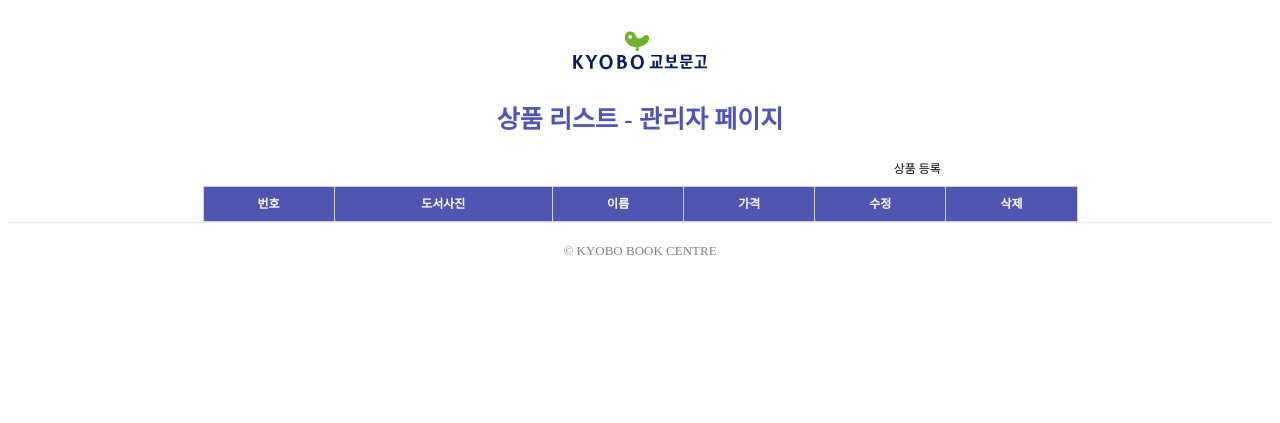
Repository: Yundanbi/Kyobo
Page: http://localhost/kyobo/productList.do
The author's editor kept a copy of each file at every save. The page is drawn from the files as they stood at one save, then again after the next save.
The browser window is 1280 px wide. The pictures show the whole page.
The page is served by Tomcat 9. Queries for data that is not in the repository find no rows.

Above is the page before, as saved 2025-06-18 05:40:14.

After the next save:
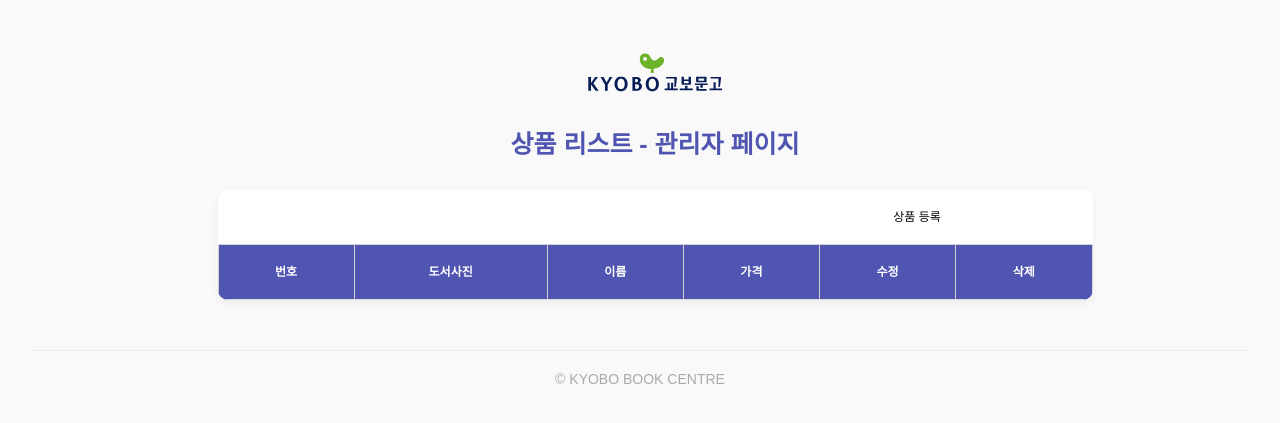
Saved 3 min 47 s later.
--- a/kyobo/src/main/webapp/book/productList.jsp
+++ b/kyobo/src/main/webapp/book/productList.jsp
@@ -7,6 +7,64 @@
 <meta charset="UTF-8">
 <title>책 관리</title>
 <style>
+body {
+  font-family: 'Noto Sans KR', sans-serif;
+  background: #f9f9f9;
+  margin: 0;
+  padding: 30px;
+}
+
+h1 {
+  margin: 20px 0;
+}
+
+table.list {
+  width: 80%;
+  border-collapse: collapse;
+  margin-top: 30px;
+  background: white;
+  box-shadow: 0 4px 8px rgba(0, 0, 0, 0.05);
+  border-radius: 10px;
+  overflow: hidden;
+}
+
+table.list th, table.list td {
+  padding: 15px;
+  border-bottom: 1px solid #ddd;
+  text-align: center;
+}
+
+table.list th {
+  background-color: #5055b1;
+  color: white;
+  font-weight: bold;
+}
+
+table.list tr:hover {
+  background-color: #f1f1f1;
+}
+
+table.list img {
+  width: 100px;
+  height: auto;
+  border-radius: 5px;
+  object-fit: cover;
+}
+
+a {
+  color: #5055b1;
+  text-decoration: none;
+}
+
+a:hover {
+  text-decoration: underline;
+}
+
+footer.footer {
+  margin-top: 50px;
+  font-size: 14px;
+  color: #aaa;
+}
 
 .logo img {
 	height: 50px;

After the save that followed:
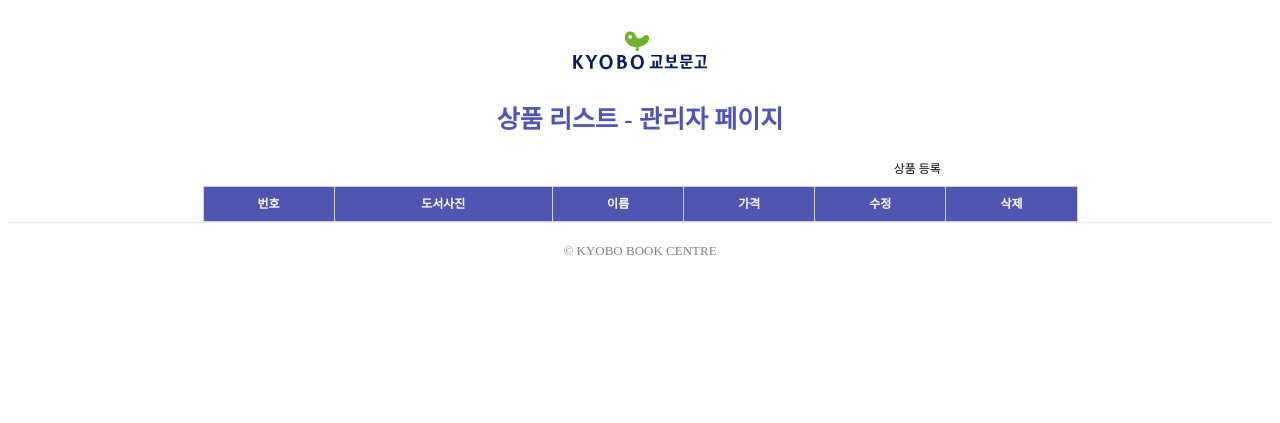
Saved 5 s later.
--- a/kyobo/src/main/webapp/book/productList.jsp
+++ b/kyobo/src/main/webapp/book/productList.jsp
@@ -7,64 +7,6 @@
 <meta charset="UTF-8">
 <title>책 관리</title>
 <style>
-body {
-  font-family: 'Noto Sans KR', sans-serif;
-  background: #f9f9f9;
-  margin: 0;
-  padding: 30px;
-}
-
-h1 {
-  margin: 20px 0;
-}
-
-table.list {
-  width: 80%;
-  border-collapse: collapse;
-  margin-top: 30px;
-  background: white;
-  box-shadow: 0 4px 8px rgba(0, 0, 0, 0.05);
-  border-radius: 10px;
-  overflow: hidden;
-}
-
-table.list th, table.list td {
-  padding: 15px;
-  border-bottom: 1px solid #ddd;
-  text-align: center;
-}
-
-table.list th {
-  background-color: #5055b1;
-  color: white;
-  font-weight: bold;
-}
-
-table.list tr:hover {
-  background-color: #f1f1f1;
-}
-
-table.list img {
-  width: 100px;
-  height: auto;
-  border-radius: 5px;
-  object-fit: cover;
-}
-
-a {
-  color: #5055b1;
-  text-decoration: none;
-}
-
-a:hover {
-  text-decoration: underline;
-}
-
-footer.footer {
-  margin-top: 50px;
-  font-size: 14px;
-  color: #aaa;
-}
 
 .logo img {
 	height: 50px;
